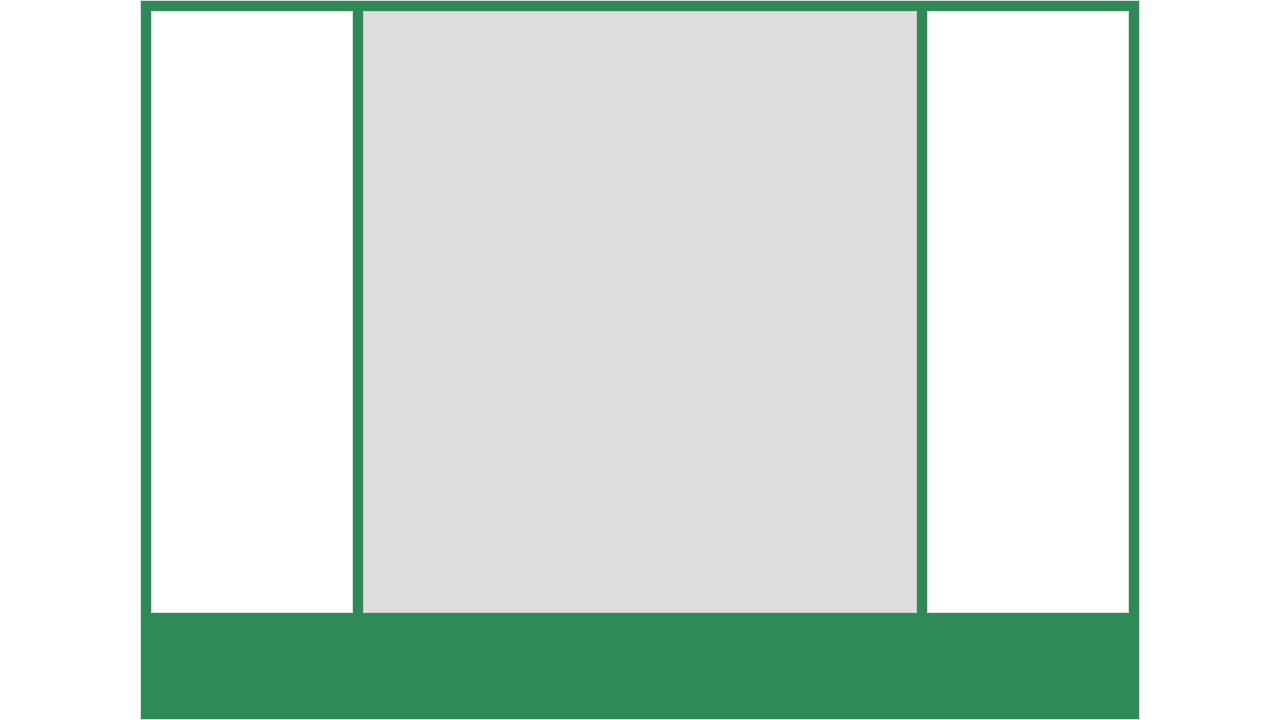
Repository: cw19931024/Demo
Page: drap.html
The author's editor kept a copy of each file at every save. The page is drawn from the files as they stood at one save, then again after a run of saves.
The browser window is 1280 px wide. The pictures show the whole page.

Above is the page before, as saved 2017-07-26 16:47:39.

After the next 2 saves:
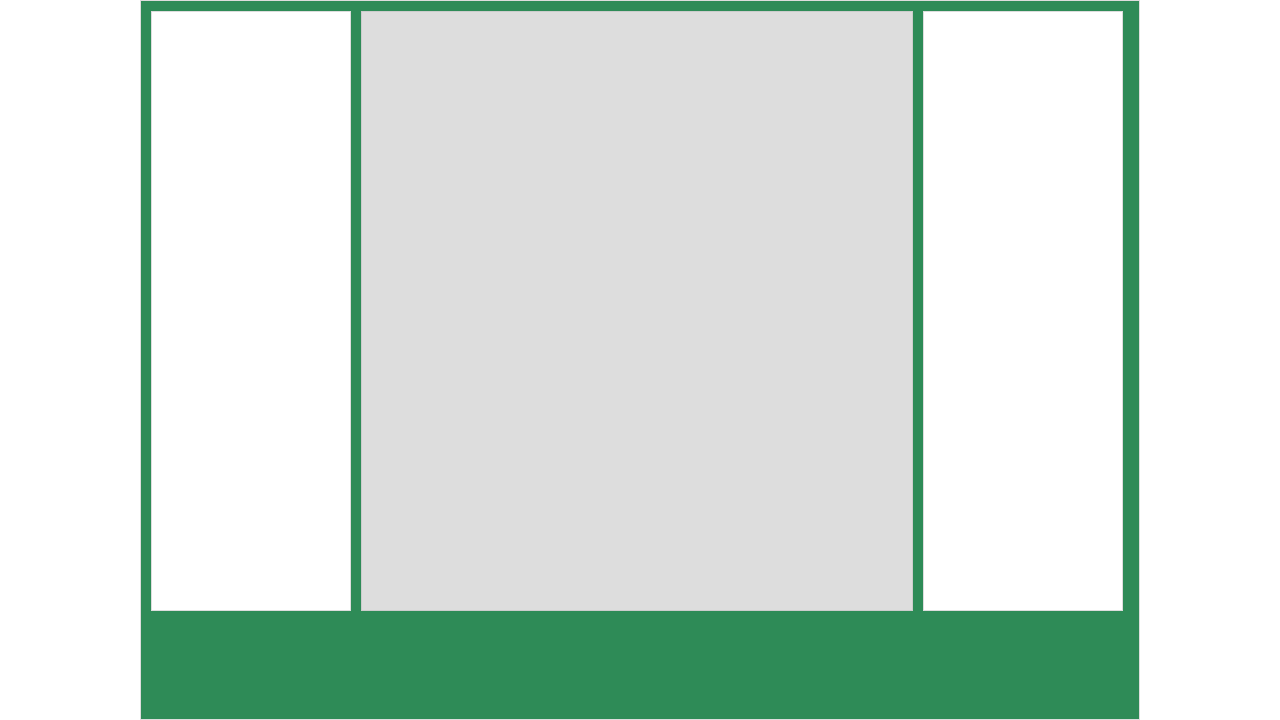
The 2 saves are shown as one change because they came seconds apart.
The last was saved 24 s later.
--- a/drap.html
+++ b/drap.html
@@ -2,11 +2,11 @@
 <html>
 <head>
     <style>
-        *{padding: 0;margin: 0;}
+        *{padding: 0;margin: 0;box-sizing: border-box;}
         html,body{height: 100%;}
         .container{width: 1000px;margin: 0 auto;min-height: 100%;border:1px solid #ddd;padding: 10px;box-sizing: border-box;overflow: hidden;background: seagreen;}
         .container #content{min-height: 600px;border:1px solid #ccc;width: calc(100% - 426px);float: left;margin: 0 10px;background: #ddd;}
-        .container .input{width: 200px;border:1px solid #ddd;min-height:600px;float: left;background:white;}
+        .container .input{width: 200px;border:1px solid #ddd;min-height:600px;float: left;background:white;padding: 10px;}
     </style>
 </head>
 <body>
